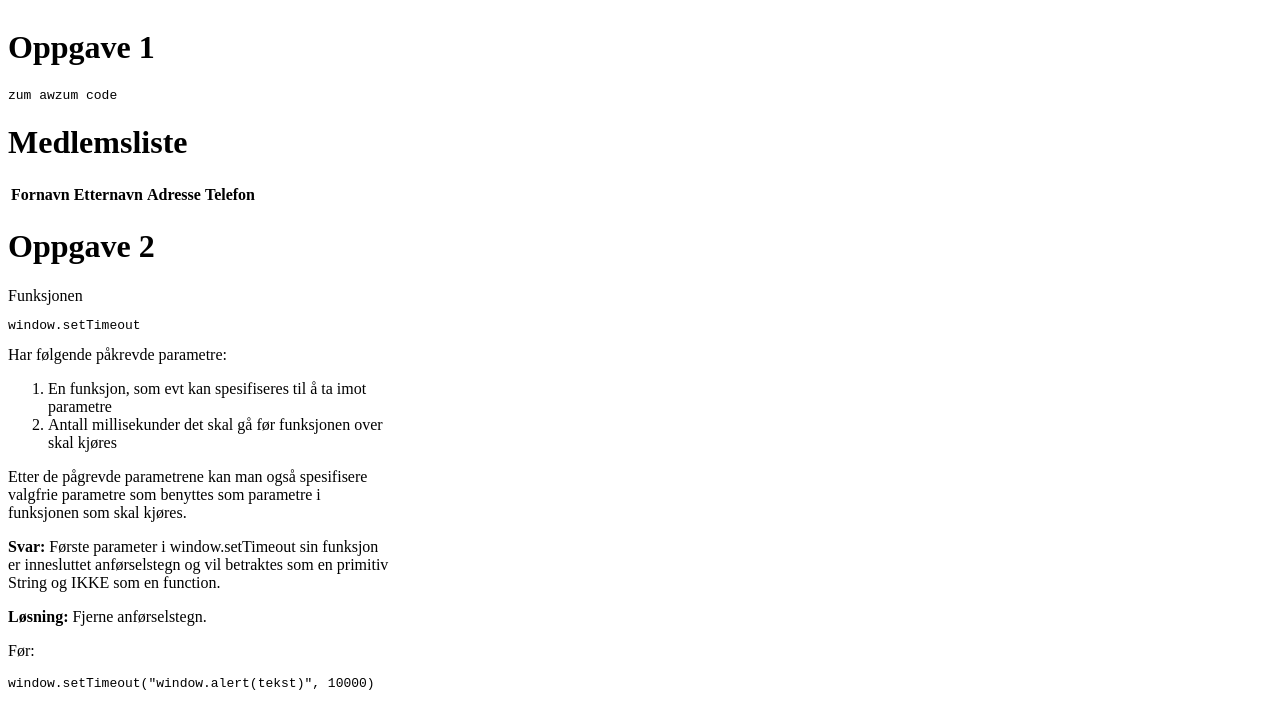
Repository: superdids/DAT152
Page: Oblig1/WebContent/index.html
The author's editor kept a copy of each file at every save. The page is drawn from the files as they stood at one save, then again after the next save.
The browser window is 1280 px wide. The pictures show the whole page.

Above is the page before, as saved 2015-09-04 11:09:51.

After the next save:
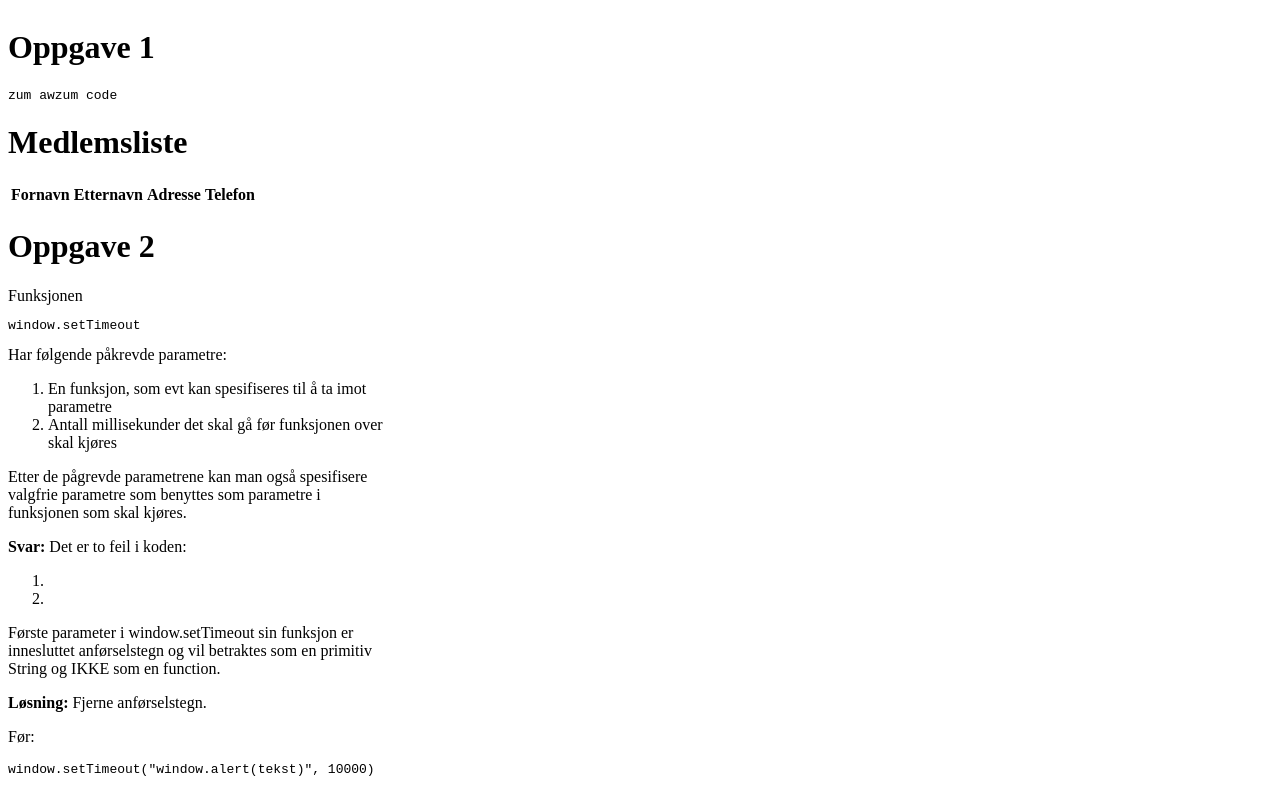
Saved 6 min 4 s later.
--- a/Oblig1/WebContent/index.html
+++ b/Oblig1/WebContent/index.html
@@ -35,7 +35,13 @@ Har følgende påkrevde parametre:
 <p>Etter de pågrevde parametrene kan man også spesifisere valgfrie parametre
 som benyttes som parametre i funksjonen som skal kjøres.</p>
 
-<p><b>Svar: </b>Første parameter i window.setTimeout sin funksjon er innesluttet
+<p><b>Svar: </b>Det er to feil i koden:
+<ol>
+<li></li>
+<li></li>
+</ol>
+
+Første parameter i window.setTimeout sin funksjon er innesluttet
 anførselstegn og vil betraktes som en primitiv String og IKKE som en function.</p>
 
 <p><b>Løsning: </b>Fjerne anførselstegn.
